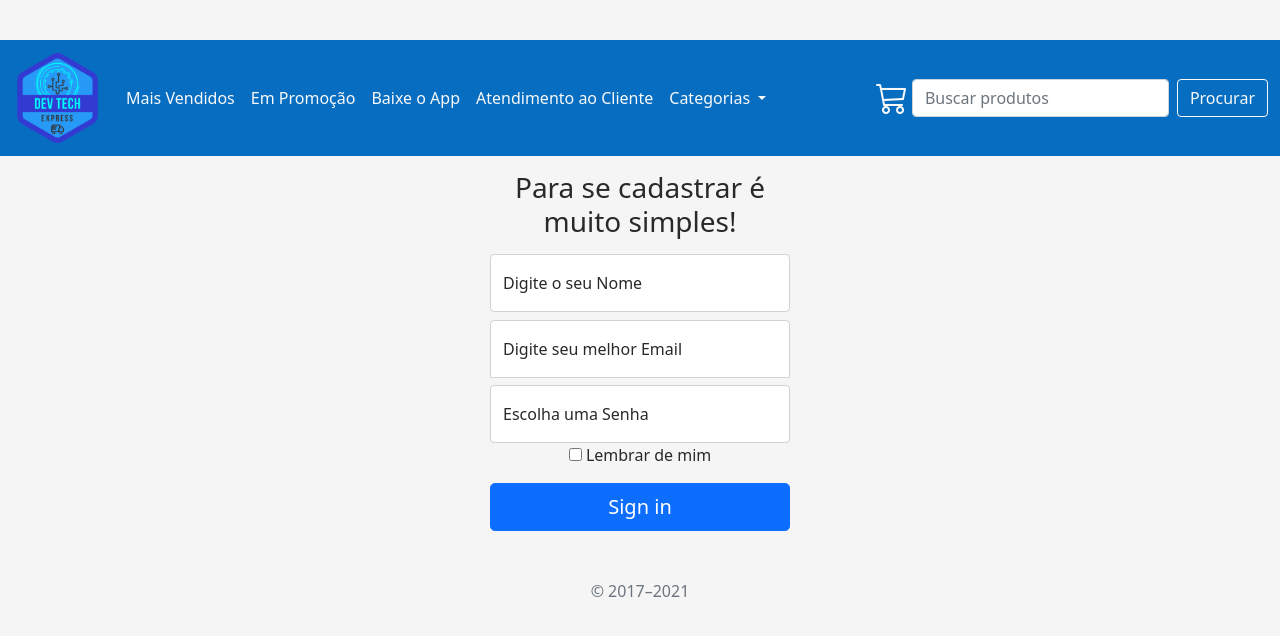
Repository: dantas-barreto/trabalho-interdisciplinar-IDW-IAP
Page: signin.html
The author's editor kept a copy of each file at every save. The page is drawn from the files as they stood at one save, then again after the next save.
The browser window is 1280 px wide. The pictures show the whole page.
Some web libraries are served in a nearby version.

Above is the page before, as saved 2021-11-30 22:23:32.

### signin.html
<!DOCTYPE html>
<html lang="pt-br">
  <head>
    <meta charset="utf-8" />
    <meta name="viewport" content="width=device-width, initial-scale=1" />
    <link
      href="https://cdn.jsdelivr.net/npm/bootstrap@5.1.3/dist/css/bootstrap.min.css"
      rel="stylesheet"
      integrity="sha384-1BmE4kWBq78iYhFldvKuhfTAU6auU8tT94WrHftjDbrCEXSU1oBoqyl2QvZ6jIW3"
      crossorigin="anonymous"
    />
    <link
      rel="stylesheet"
      href="https://cdn.jsdelivr.net/npm/bootstrap-icons@1.7.1/font/bootstrap-icons.css"
    />
    <link rel="shortcut icon" href="img/favicon.ico" type="image/x-icon" />
    <link rel="stylesheet" href="css/globalStyle.css" />
    <link rel="stylesheet" href="signup.css" />
    <title>Faça Login e comece suas Compras | DevTech Express</title>
  </head>
  <body>
    <nav class="navbar navbar-expand-lg header">
      <div class="container-fluid">
        <a class="navbar-brand" href="#">
          <img
            src="img/logo.png"
            width="90rem"
            height="90rem"
            alt="Logo DevTech Express"
          />
        </a>
        <button
          class="navbar-toggler"
          type="button"
          data-bs-toggle="collapse"
          data-bs-target="#navbarSupportedContent"
          aria-controls="navbarSupportedContent"
          aria-expanded="false"
          aria-label="Toggle navigation"
        >
          <span class="navbar-toggler-icon"></span>
        </button>
        <div class="collapse navbar-collapse" id="navbarSupportedContent">
          <ul class="navbar-nav me-auto mb-2 mb-lg-0">
            <li class="nav-item">
              <a
                class="nav-link link-light headerOption active"
                aria-current="page"
                href="#"
                >Mais Vendidos</a
              >
            </li>
            <li class="nav-item">
              <a
                class="nav-link link-light headerOption active"
                href="Clientes.html"
                >Em Promoção</a
              >
            </li>
            <li class="nav-item">
              <a
                class="nav-link link-light headerOption active"
                href="Fornecedores.html"
                >Baixe o App</a
              >
            </li>
            <li class="nav-item">
              <a
                class="nav-link link-light headerOption active"
                href="Produtos.html"
                >Atendimento ao Cliente</a
              >
            </li>
            <li class="nav-item dropdown">
              <a
                class="nav-link link-light headerOption active dropdown-toggle"
                href="#"
                id="navbarDropdown"
                role="button"
                data-bs-toggle="dropdown"
                aria-expanded="false"
              >
                Categorias
              </a>
              <ul class="dropdown-menu" aria-labelledby="navbarDropdown">
                <li><a class="dropdown-item" href="#">Categoria 01</a></li>
                <li><a class="dropdown-item" href="#">Categoria 02</a></li>
                <li><a class="dropdown-item" href="#">Categoria 03</a></li>
                <li><a class="dropdown-item" href="#">Categoria 04</a></li>
                <li><a class="dropdown-item" href="#">Categoria 05</a></li>
                <li><a class="dropdown-item" href="#">Categoria 06</a></li>
                <li><a class="dropdown-item" href="#">Categoria 07</a></li>
                <li><a class="dropdown-item" href="#">Categoria 08</a></li>
              </ul>
            </li>
          </ul>
          <i class="bi bi-cart3 text-light me-1" style="font-size: 2em"></i>
          <form class="d-flex" id="procurar">
            <input
              class="form-control me-2"
              type="search"
              placeholder="Buscar produtos"
              aria-label="Search"
            />
            <button class="btn btn-outline-light" type="submit">
              Procurar
            </button>
          </form>
        </div>
      </div>
    </nav>

    <main class="form-signin text-center">
      <form>
        <h1 class="h3 mb-3 fw-normal">Para se cadastrar é muito simples!</h1>

        <div class="form-floating">
          <input
            type="text"
            class="form-control"
            id="floatingInput"
            placeholder="Ex.: Gabriel Fernandes Bino"
          />
          <label for="floatingInput">Digite o seu Nome</label>
        </div>
        <div class="form-floating mt-2 mb-2">
          <input
            type="email"
            class="form-control"
            id="floatingInput"
            placeholder="nome@exemplo.com"
          />
          <label for="floatingInput">Digite seu melhor Email</label>
        </div>
        <div class="form-floating">
          <input
            type="senha"
            class="form-control"
            id="floatingPassword"
            placeholder="Senha"
          />
          <label for="floatingPassword">Escolha uma Senha</label>
        </div>

        <div class="checkbox mb-3">
          <label>
            <input type="checkbox" value="remember-me" /> Lembrar de mim
          </label>
        </div>
        <button class="w-100 btn btn-lg btn-primary" type="submit">
          Sign in
        </button>
        <p class="mt-5 mb-3 text-muted">&copy; 2017–2021</p>
      </form>
    </main>

    <script
      src="https://cdn.jsdelivr.net/npm/bootstrap@5.1.3/dist/js/bootstrap.bundle.min.js"
      integrity="sha384-ka7Sk0Gln4gmtz2MlQnikT1wXgYsOg+OMhuP+IlRH9sENBO0LRn5q+8nbTov4+1p"
      crossorigin="anonymous"
    ></script>
  </body>
</html>

### css/globalStyle.css
:root {
  --fontColor: #292929;
  --bgColor: #ebebeb;
  --header: #610ce9;
  --general: #2c34c9;
  --effect: #4aa2f8;

  --fontColorClosed: #1b1b1b;
  --bgColorClosed: #989898;
  --headerClosed: #3f0897;
  --generalClosed: #1d2282;
  --effectClosed: #076dc0;

  --fontColorOpen: #747474;
  --bgColorOpen: #f2f2f2;
  --headerOpen: #975bf6;
  --generalOpen: #7277e0;
  --effectOpen: #7fc3fa;
}

* {
  color: var(--fontColor);
}

.headerOption:hover {
  color: var(--effectOpen);
}

/* Header */
.header {
  background-color: var(--effectClosed);
}
/* End Header */

/* Icons */

/* End Icons */

/* Stars */
.classificacao {
  display: flex;
  justify-content: space-between;
}

.classificacao {
  background-color: #f2f2f2;
  border-radius: 8px;
  text-align: center;
  width: 200px;
}

.qualidade {
  --percent: calc(var(--rating) / 5 * 100%);
  display: inline-block;
  font-size: 20px;
  line-height: 1;
}

.qualidade::before {
  background: linear-gradient(90deg, #fc0 var(--percent), #fff var(--percent));
  content: "★★★★★";
  letter-spacing: 3px;
  background-clip: text;
  -webkit-background-clip: text;
  -webkit-text-fill-color: transparent;
}
/* End Stars */

/* Cards */
.wrapper {
  display: flex;
  flex-wrap: wrap;
  max-width: 900px;
  width: 100%;
  margin: 50px auto;
}

.block {
  width: calc(
    100% / 3 - 20px
  ); /*divide 100% da tela em 3 partes e subtrai o valor lateral da margem*/
  margin: 10px;
  background-color: #fff;
  border: 1px solid #ccc;
  box-shadow: 2px 2px 4px 0px rgba(51, 6, 10, 0.85);

  display: flex;
  flex-direction: column;
}

.tag_name {
  text-align: center;
}

.tag_name img {
  width: 100%;
  height: 100%;
}

.block_desc {
  text-align: center;
  padding: 15px;
  flex-grow: 1; /*empurra todo o conteúdo para baixo mantendo a altura do maior elemento*/
}

.block_link {
  border-top: 1px solid #ccc;
}
/* End Cards */

### signup.css
html,
body {
  height: 100%;
}

body {
  /* display: flex; */
  align-items: center;
  padding-top: 40px;
  padding-bottom: 40px;
  background-color: #f5f5f5;
}

.form-signin {
  width: 100%;
  max-width: 330px;
  padding: 15px;
  margin: auto;
}

.form-signin .checkbox {
  font-weight: 400;
}

.form-signin .form-floating:focus-within {
  z-index: 2;
}

.form-signin input[type="email"] {
  margin-bottom: -1px;
  border-bottom-right-radius: 0;
  border-bottom-left-radius: 0;
}

.form-signin input[type="password"] {
  margin-bottom: 10px;
  border-top-left-radius: 0;
  border-top-right-radius: 0;
}

After the next save:
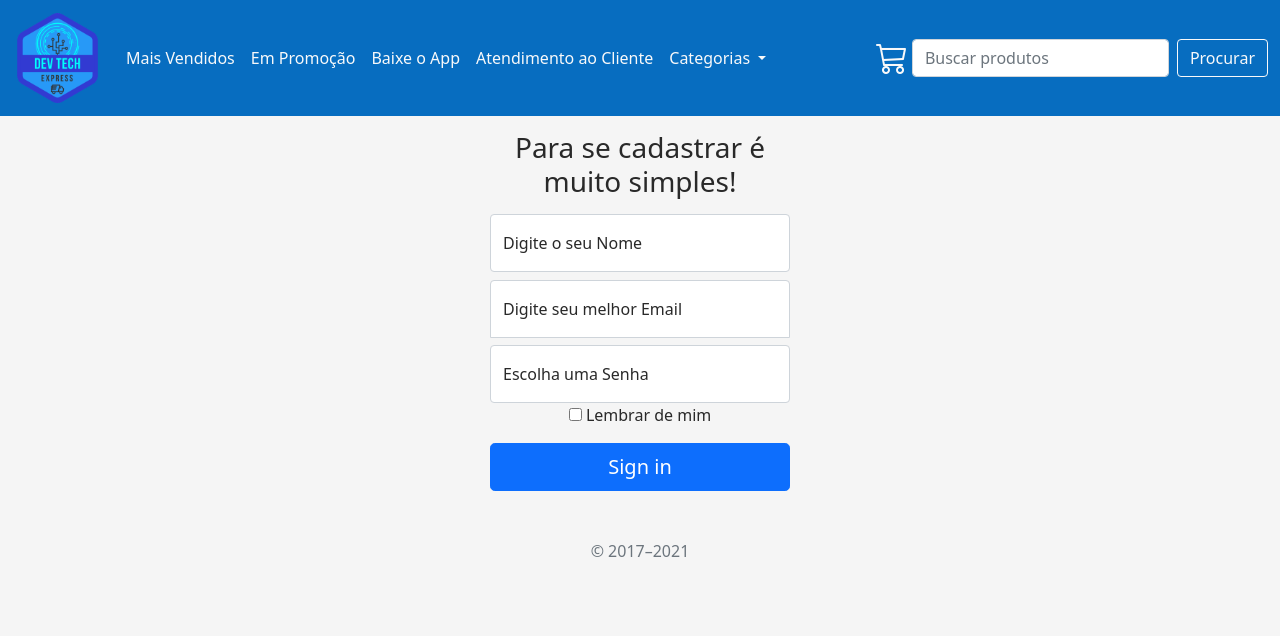
Saved 10 s later.
--- a/signup.css
+++ b/signup.css
@@ -6,7 +6,7 @@ body {
 body {
   /* display: flex; */
   align-items: center;
-  padding-top: 40px;
+  /* padding-top: 40px; */
   padding-bottom: 40px;
   background-color: #f5f5f5;
 }
